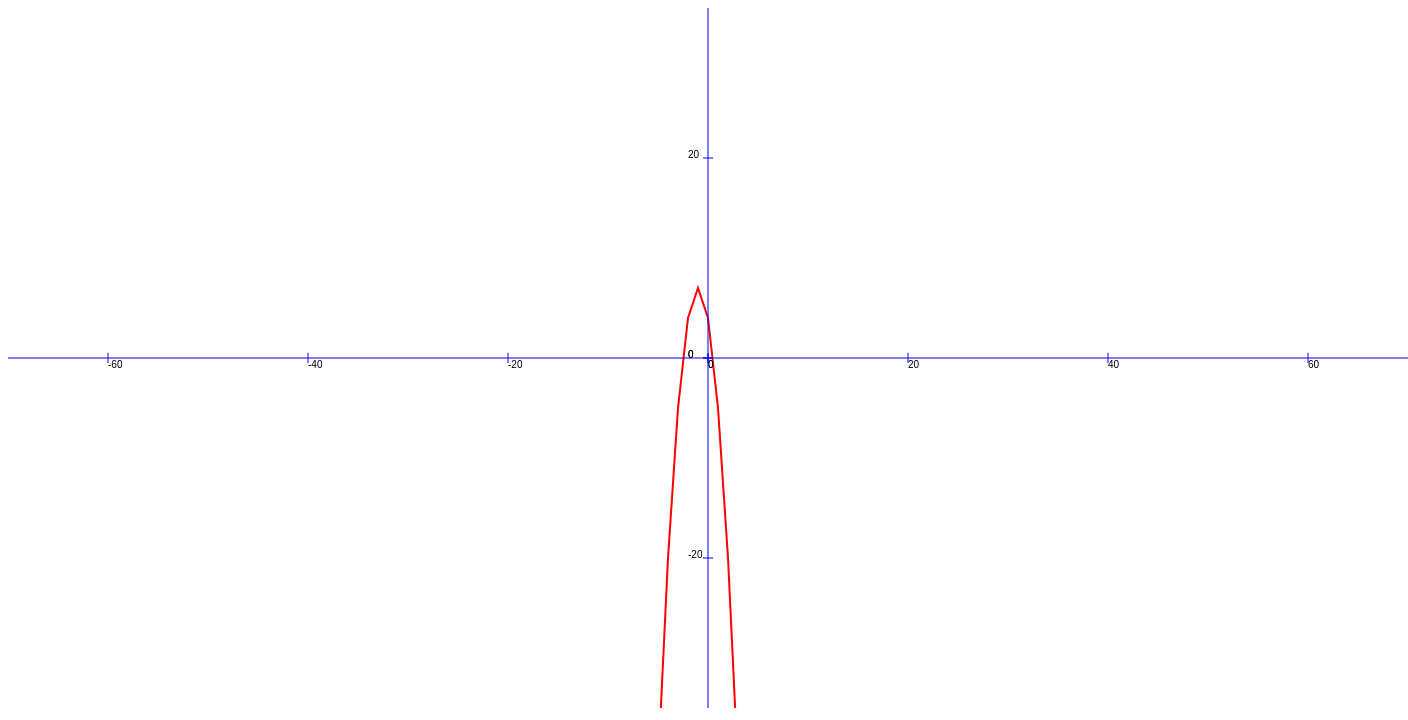
Repository: tclintaichung/book
Page: ex16/ex16_01/frame.html
The author's editor kept a copy of each file at every save. The page is drawn from the files as they stood at one save, then again after the next save.
The browser window is 1280 px wide. The page is 1408 px wide, so the pictures cover 1408 px, including what lies to the right of the window. The pictures show the whole page.

Above is the page before, as saved 2025-09-27 16:33:33.

### ex16/ex16_01/frame.html
<!DOCTYPE html>
<html lang="en">
<head>
    <meta charset="UTF-8">
    <meta name="viewport" content="width=device-width, initial-scale=1.0">
    <title>Parabola curves</title>
</head>
<body>
    <canvas id="myCanvas" width="300px" height="300px"></canvas>
    <script>
        const a = -3;
        const b = -6;
        const c = 4;
        const colors = ["#FF0000", "#00FF00", "#0000FF", "#FFFF00", "#FFA500", "#FFFFFF"];
        const myCanvas = document.getElementById("myCanvas");
        const ctx = myCanvas.getContext("2d");
        myCanvas.width = 1400;
        myCanvas.height = 700
        const point_x = [];
        const point_y = [];
        const scale = 10;

        parabola(point_x, point_y);
        drawCurve(point_x, point_y, scale);
        drawFrame(0, myCanvas.width, 0, myCanvas.height, scale);

        function drawFrame(x_min, x_max, y_min, y_max, scale) {
            const center_x = (x_min + x_max) / 2;
            const center_y = (y_min + y_max) / 2;
            const step = 20 * scale;
            ctx.beginPath();
            ctx.moveTo(x_min, center_y);
            ctx.lineTo(x_max, center_y);
            ctx.moveTo(center_x, y_min);
            ctx.lineTo(center_x, y_max);
            ctx.strokeStyle = colors[2];
            ctx.lineWidth = 1;

            let label_i = 0;
            for (let i = center_x; i <= x_max; i += step) {
                label_i = (i - center_x) / scale;
                ctx.moveTo(i, center_y - 5);
                ctx.lineTo(i, center_y + 5);
                ctx.fillText(String(label_i), i, center_y + 10);
            }
            for (let i = center_x; i >= x_min; i -= step) {
                label_i = (i - center_x) / scale;
                ctx.moveTo(i, center_y - 5);
                ctx.lineTo(i, center_y + 5);
                ctx.fillText(String(label_i), i, center_y + 10);
            }
            for (let i = center_y; i <= y_max; i += step) {
                label_i = (i - center_y) / scale;
                ctx.moveTo(center_x - 5, i);
                ctx.lineTo(center_x + 5, i);
                ctx.fillText(String(label_i), center_x - 20, y_max -i);
            }
            for (let i = center_y; i >= y_min; i -= step) {
                label_i = (i - center_y) / scale;
                ctx.moveTo(center_x - 5, i);
                ctx.lineTo(center_x + 5, i);
                ctx.fillText(String(label_i), center_x - 20, y_max -i);
            }
            ctx.stroke();
        }
        function parabola(point_x, point_y) {
            for (let i = -200; i <= 200; i++) {
                point_x.push(i);
                point_y.push(a * i * i + b * i + c);
            }
        }
        function drawCurve(point_x, point_y, scale) {
            ctx.beginPath();
            ctx.moveTo(point_x[0] * scale + myCanvas.width / 2, myCanvas.height / 2 - point_y[0] * scale);
            for (let i = 1; i < point_x.length; i++) {
                ctx.lineTo(point_x[i] * scale + myCanvas.width / 2, myCanvas.height / 2 - point_y[i] * scale);
            }
            ctx.strokeStyle = colors[0];
            ctx.lineWidth = 2;
            ctx.stroke();
        }
   </script>
</body>
</html>

After the next save:
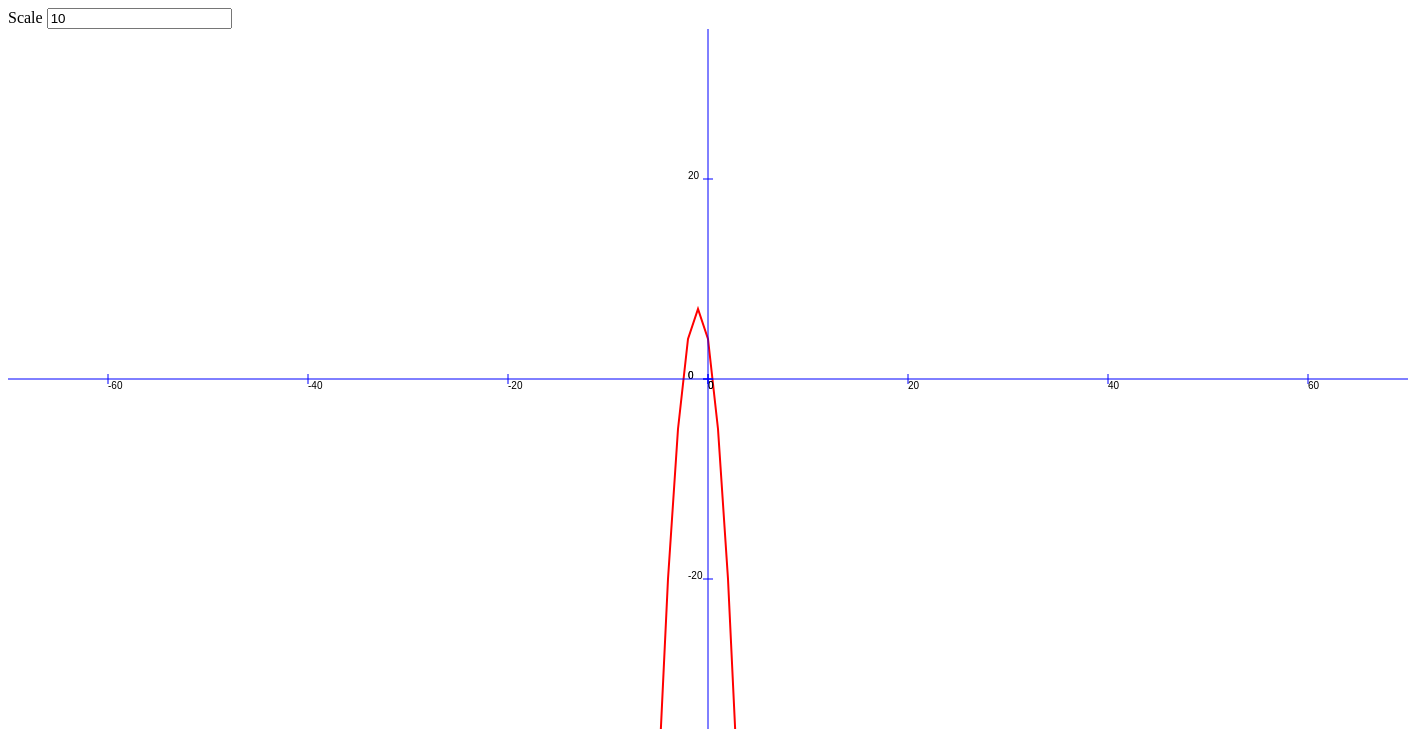
Saved 3 min 6 s later.
--- a/ex16/ex16_01/frame.html
+++ b/ex16/ex16_01/frame.html
@@ -6,6 +6,10 @@
     <title>Parabola curves</title>
 </head>
 <body>
+<label for="scale">Scale</label>
+  <input type="number" name="scale" value="10" id="scale">
+
+
     <canvas id="myCanvas" width="300px" height="300px"></canvas>
     <script>
         const a = -3;
